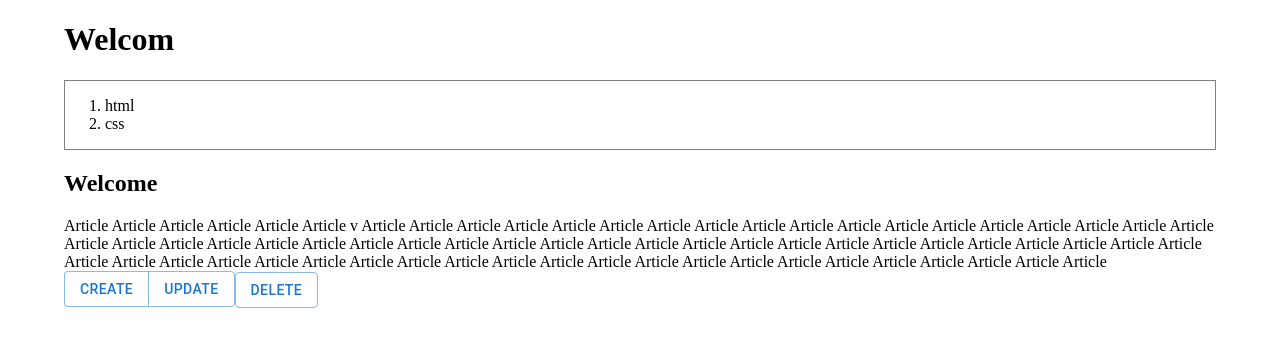
Repository: chlwpdnswku/nextjsportpolioclone
Page: /
These files come from the project's save history. The page is drawn as it stood at one moment and after the next save; the edit follows.
The browser window is 1280 px wide. The pictures show the whole page.
The project was rebuilt for these pictures with package versions that can differ from the ones it lists, and the page was loaded fresh each time. The framework's server and built-in components were replaced by stand-ins that run in the browser. Also part of the build but not shown: next.config.js.

Above is the page before, as saved 2022-08-05 16:07:46.

After the next save:
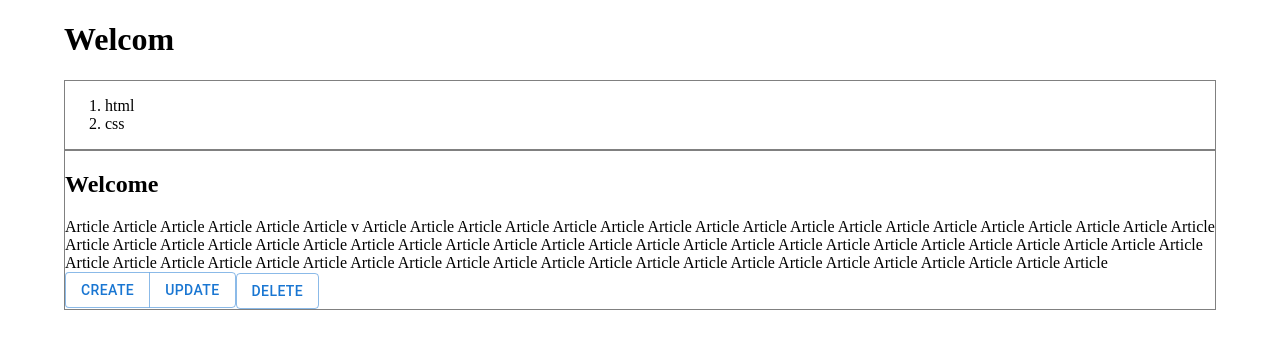
Saved 12 s later.
--- a/pages/index.tsx
+++ b/pages/index.tsx
@@ -36,7 +36,7 @@ function Nav() {
 
 function Article() {
   return (
-    <article>
+    <article style={{ border: '1px solid gray' }}>
       <h2>Welcome</h2>
       Article Article Article Article Article Article v Article Article Article
       Article Article Article Article Article Article Article Article Article
